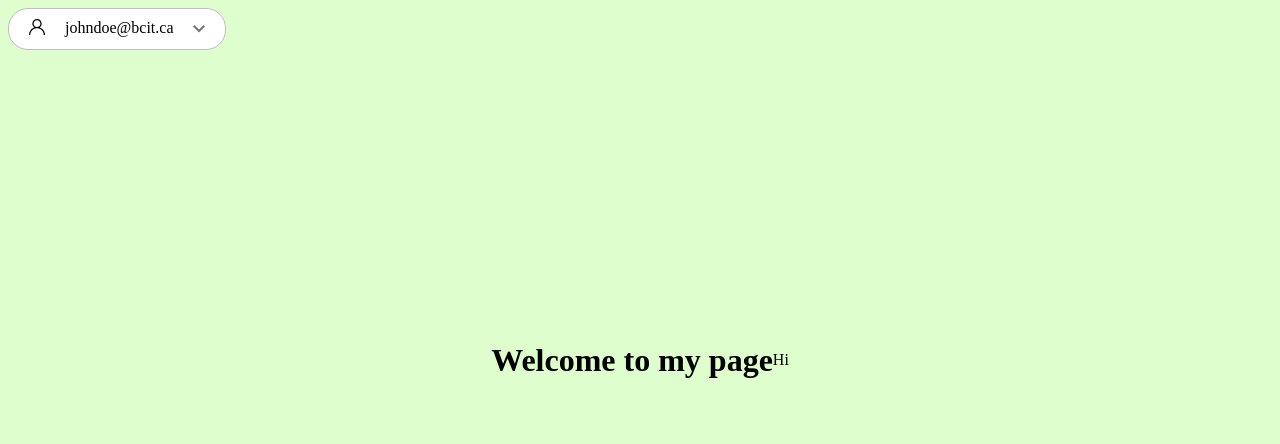
Repository: yafugray/practicemdia3126
Page: /
An editor plug-in stored every save of this project. The page is shown before and after the next save, followed by the edit.
The browser window is 1280 px wide. The pictures show the whole page.
The project was rebuilt for these pictures with package versions that can differ from the ones it lists, and the page was loaded fresh each time. The framework's server and built-in components were replaced by stand-ins that run in the browser.

Above is the page before, as saved 2020-12-18 23:41:21.

### pages/index.js
import React from 'react';
import Menu from '../comps/Menu'
import Content from '../comps/Content'

export default function Home() {
  return <div className="home">

    <div className="content">
      <Content >
        <h1>Welcome to my page</h1>
        <div>Hi</div>
      </Content>
    </div>

    <div className="menu">
      <Menu />
    </div>
  </div>
}

### pages/app.scss
// body {
//     background-color: aquamarine;
// }

//you can make a global variable. then you can use it into index.scss. you don't want to messup, so you should use it.
$fs:20px;

//you know, you have to put this flex box so many times over and over again, but if you make it global with @mixin and function name -> then include it in index.scss, then it works.
//this can reduce amount of your writing codes and length.
@mixin flexIt{
    display: flex;
    justify-content: center;
    align-items: center;
}

@import './index.scss';
// it helps you make better usable style.

### comps/Menu/index.js

import React, {useState, useEffect} from 'react';
import styled from 'styled-components';
//useEffect - beginning lifecycle, update the lifecycle and end the lifecycle

const Container = styled.div`
    display:inline-flex;
    flex-direction:column;
`;
const DropDownMenu = styled.div`
    border: 1px solid #BDBDBD;
    box-sizing: border-box;
    border-radius: 20px;
    display:inline-flex;
    justify-content:center;
    align-items:center;
    cursor:pointer;
    background-color: #FFF;
    transition:background-color 0.5s;
    &:hover{
        background-color:#DDD;
    }
`;

const DropDownBox = styled.div`
    width:100%;
    padding:10px;
    display:flex;
    div {
        margin:0 10px;

    }
`;

const Expand = styled.div`
    background: #FFFFFF;
    border: 1px solid #EAEAEA;
    box-sizing: border-box;
    box-shadow: 5px 0px 18px rgba(0, 0, 0, 0.08);
    display:${props=>props.expanded ? "inline-flex" : "hidden" };
    height:${props=>props.expanded ? "auto" : "0px" };
    font-size:${props=>props.expanded ? "18px" : "0px" };
    opacity:${props=>props.expanded ? 1 : 0 };
    transition:opacity 0.5s;
    flex-direction:column;
    margin-top:10px;
    div{
        padding:${props=>props.expanded ? "10px 15px" : "0px" };
        margin:${props=>props.expanded ? "5px 0" : "0px" };
        cursor: pointer;
        &:hover {
            background-color:#DDD;
        }
    }
`;

const ExpandedIcon = styled.img`
transition: transform 0.3s;
    transform: ${props=>props.expanded ? "rotate(180deg)" : "none"};
`;

const Menu = ({expand}) =>{
    //when you useState, if you put expand instead of 'false', it will be working only once.
    const [expanded, setExpanded] = useState(false);

    // when our components have configuration changed
    //But if you use useEffect, you can use expand instead of 'false' and it will be working repeatedely.
    useEffect(()=>{
        setExpanded(expand);
    },[expand])

    return <Container>
        <DropDownMenu onClick={()=> (
            setExpanded(!expanded)
            //click -> true
            //click -> false(default, start)
        )}>
            <DropDownBox>
                <div><img src='/profile.png'></img></div>
                <div>johndoe@bcit.ca</div>
                <div><ExpandedIcon src="/expand.png" expanded={expanded}/></div>
            </DropDownBox>
        </DropDownMenu>

        <Expand expanded={expanded}>
            <div>Change BG Color</div>
            <div>Change BG Image</div>
            <div>Help</div>
        </Expand>
    </Container>
}

 Menu.defaultProps = {
    expand:false
 }

 export default Menu;

 //step 1, Setup
 //step 2, style it out
 //step 3, figure out the state that style associated
 //step 4, make it configure

### comps/Content/index.js
import React from 'react';
import styled from 'styled-components';
//useEffect - beginning lifecycle, update the lifecycle and end the lifecycle


const Container = styled.div`
    width:100%;
    height:100%;
    background-color:#DEFECD;
    min-height:10px;
    min-height:10px;
`;

const Content = ({children}) => {
    return <Container>
            {children}
    </Container>
}

export default Content;

### pages/index.scss
.home {
    .menu {
        position: relative;
        z-index: 2;
    }
    .content {
        position:fixed;
        left:0;
        top:0;
        width: 100vw;
        height: 100vh;
        z-index: -1;

        &>div{
            @include flexIt()
        }
    }
}

Loaded but not shown: pages/_app.js (common file)

After the next save:
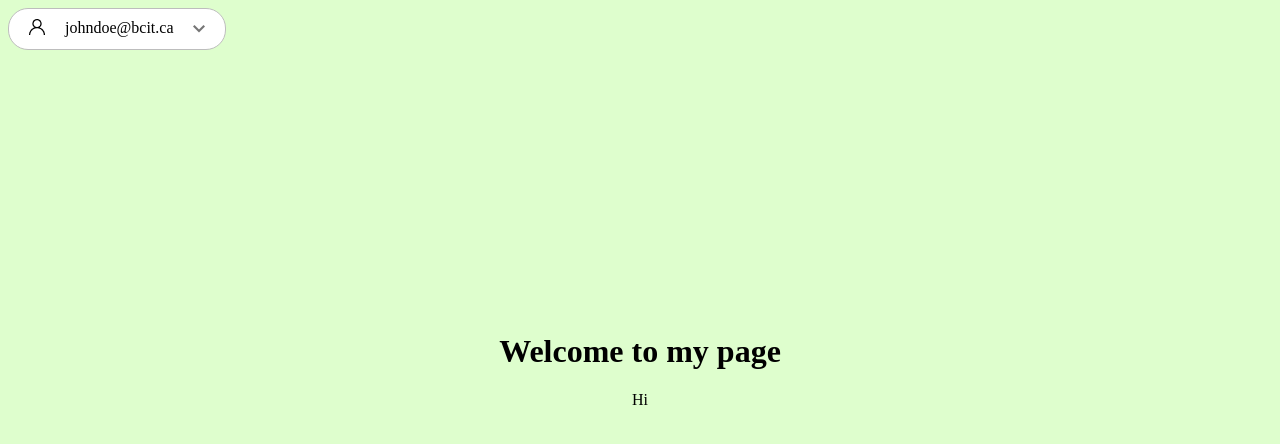
Saved 20 s later.
--- a/pages/index.scss
+++ b/pages/index.scss
@@ -12,7 +12,8 @@
         z-index: -1;
 
         &>div{
-            @include flexIt()
+            @include flexIt();
+            flex-direction:column;
         }
     }
 }
